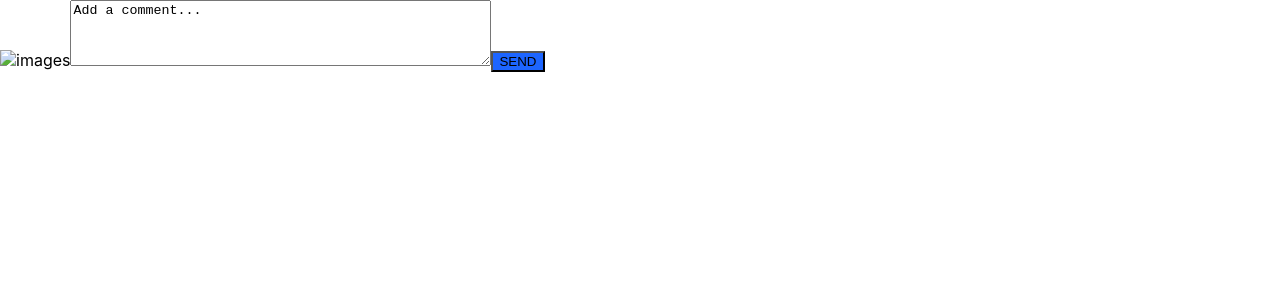
Repository: badhon252/interactive-comments-section
Page: /
An editor plug-in stored every save of this project. The page is shown before and after the next save, followed by the edit.
The browser window is 1280 px wide. The pictures show the whole page.
The project was rebuilt for these pictures with package versions that can differ from the ones it lists, and the page was loaded fresh each time.

Above is the page before, as saved 2022-01-27 19:27:03.

### public/index.html
<!DOCTYPE html>
<html lang="en">

<head>
  <meta charset="utf-8" />
  <link rel="icon" href="%PUBLIC_URL%/favicon.ico" />
  <meta name="viewport" content="width=device-width, initial-scale=1" />
  <meta name="theme-color" content="#000000" />
  <meta name="description" content="Web site created using create-react-app" />
  <link rel="apple-touch-icon" href="%PUBLIC_URL%/logo192.png" />

  <link rel="manifest" href="%PUBLIC_URL%/manifest.json" />

  <title>interactive-comments-section</title>
</head>

<body>
  <noscript>You need to enable JavaScript to run this app.</noscript>
  <div id="root"></div>

</body>

</html>

### src/App.js
import Comments from "./components/Comments";

function App() {
  return (
    <div className="App">
      <Comments />
    </div>
  );
}

export default App;

### src/components/Comments.js
import React from "react";
import "../App.css";
export default function Comments() {
  return (
    <div>
      <div className="comment-section">
        <form action="">
          <img src="" alt="images" />
          <textarea name="" id="" rows="4" cols="50">
            Add a comment...
          </textarea>
          <button className="submit-btn">SEND</button>
        </form>{" "}
      </div>
    </div>
  );
}

### src/App.css
.submit-btn {
  background-color: rgb(29, 101, 255);
}

Loaded but not shown: src/index.js (common file); src/index.css (common file); src/reportWebVitals.js (common file)

After the next save:
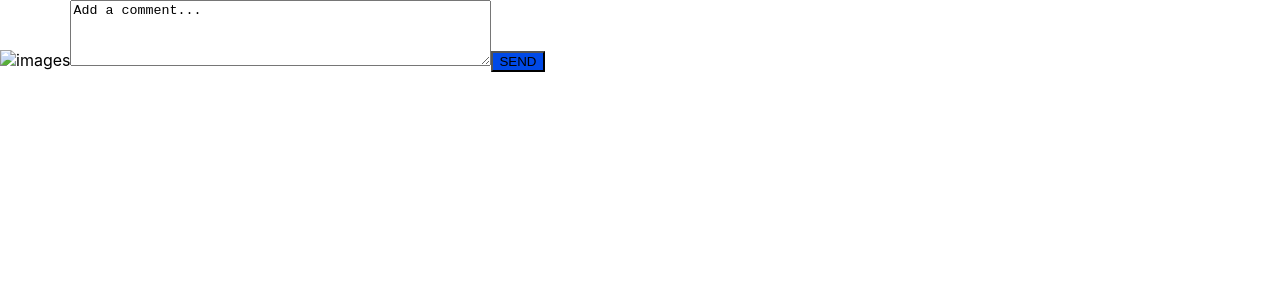
Saved 25 s later.
--- a/src/App.css
+++ b/src/App.css
@@ -1,3 +1,3 @@
 .submit-btn {
-  background-color: rgb(29, 101, 255);
+  background-color: rgb(0, 73, 231);
 }
